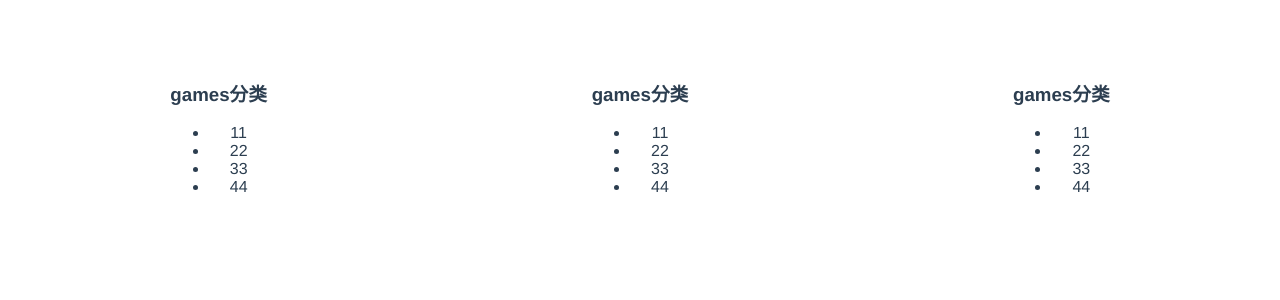
Repository: 319226862/wyy
Page: / (app in test/)
An editor plug-in stored every save of this project. The page is shown before and after the next save, followed by the edit.
The browser window is 1280 px wide. The pictures show the whole page.
The project was rebuilt for these pictures with package versions that can differ from the ones it lists, and the page was loaded fresh each time. Also part of the build but not shown: test/vue.config.js.

Above is the page before, as saved 2023-06-27 15:57:16.

### test/src/main.js
import Vue from 'vue'
import App from './App.vue'

Vue.config.productionTip = false

new Vue({
  render: h => h(App),
  beforeCreate(){
    Vue.prototype.$bus = this
  }
}).$mount('#app')

### test/src/App.vue
<template>
  <div id="container">
    <!-- <Category title="food" :listData="foods"/> -->
    <!-- <Category title="game" :listData="games"/> -->
    <!-- <Category title="film" :listData="films"/> -->
    <!-- <Category title="food">
      <img slot="bottom" src="https://s3.ax1x.com/2021/01/16/srJlq0.jpg" />
      <a slot="footer" href="#">more</a>
    </Category> -->

    <Category title="games">
      <ul>
        <li v-for="(game,index) in games" :key="index">{{ game }}</li>
      </ul>
    </Category>

    <Category title="games">
      <ul>
        <li v-for="(game,index) in games" :key="index">{{ game }}</li>
      </ul>
    </Category>

    <Category title="games">
      <ul>
        <li v-for="(game,index) in games" :key="index">{{ game }}</li>
      </ul>
    </Category>

    <!-- <Category title="films">
      <video slot="bottom" src="http://clips.vorwaerts-gmbh.de/big_buck_bunny.mp4"></video>
      <a slot="footer" href="#">more</a>
    </Category> -->
  </div>
</template>

<script>
// import axios from 'axios'
import Category from './components/Category.vue'
export default {
  name: 'App',
  data(){
    return {
      msg:'welcome',
      foods:['1','2','3','4'],
      games:['11','22','33','44'],
      films:['111','222','333','444'],
      video:'http://clips.vorwaerts-gmbh.de/big_buck_bunny.mp4',
      img:'https://s3.ax1x.com/2021/01/16/srJlq0.jpg'
    }
  },
  components: {Category},
  methods:{

  }
}
</script>

<style>
#container {
  font-family: Avenir, Helvetica, Arial, sans-serif;
  -webkit-font-smoothing: antialiased;
  -moz-osx-font-smoothing: grayscale;
  text-align: center;
  color: #2c3e50;
  margin-top: 60px;
  display: flex;
  justify-content:space-around
}
img{
  width: 100px;
}
video{
  width: 100px;
}
</style>

### test/src/components/Category.vue
<template>
    <div class="category">
        <h3>{{title}}分类</h3>
        <slot>默认值1</slot>
    </div>
</template>

<script>
export default {
    name:'Category',
    props:['title']
}
</script>

<style>
.category{
    width: 100px;
    height: 200px;
}
</style>

Loaded but not shown: test/public/index.html (common file)

After the next save:
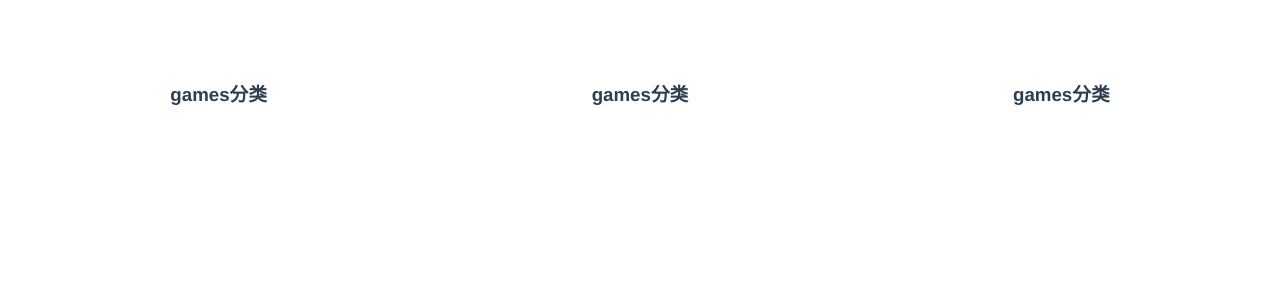
Saved 3 min 38 s later.
--- a/test/src/App.vue
+++ b/test/src/App.vue
@@ -38,16 +38,7 @@
 import Category from './components/Category.vue'
 export default {
   name: 'App',
-  data(){
-    return {
-      msg:'welcome',
-      foods:['1','2','3','4'],
-      games:['11','22','33','44'],
-      films:['111','222','333','444'],
-      video:'http://clips.vorwaerts-gmbh.de/big_buck_bunny.mp4',
-      img:'https://s3.ax1x.com/2021/01/16/srJlq0.jpg'
-    }
-  },
+
   components: {Category},
   methods:{
 
